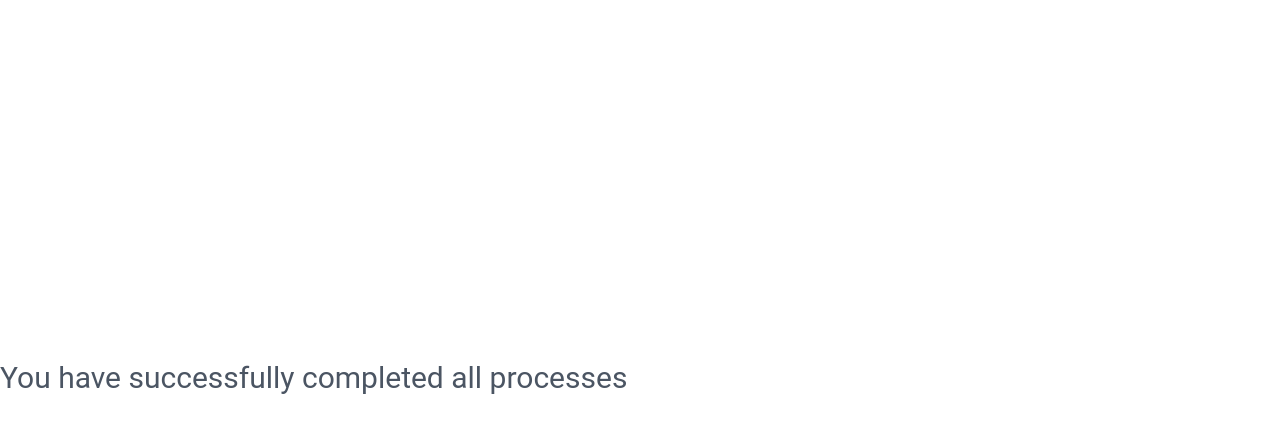
Repository: uh-sman/LottieApp
Page: /Success
These files come from the project's save history. The page is drawn as it stood at one moment and after the next save; the edit follows.
The browser window is 1280 px wide. The pictures show the whole page.
The project was rebuilt for these pictures with package versions that can differ from the ones it lists, and the page was loaded fresh each time. Also part of the build but not shown: src/App.css, src/components/Card.js, src/components/Piggybank.js, src/components/Hero.js, src/components/Maincontainer.js.

Above is the page before, as saved 2022-09-11 18:48:56.

After the next save:
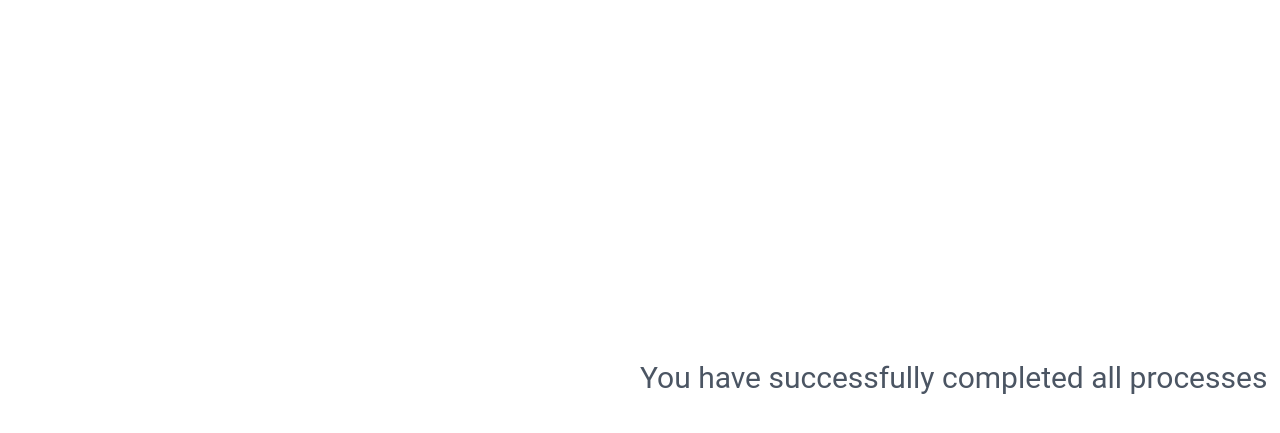
Saved 15 s later.
--- a/src/components/Success.js
+++ b/src/components/Success.js
@@ -4,7 +4,7 @@ export const Success = () => {
   return (
     <div>
       <div>
-        <h1 className="text-gray-600 text-3xl text-center absolute top-[50%]">
+        <h1 className="text-gray-600 text-3xl text-center absolute top-[50%] left-[50%]">
           You have successfully completed all processes
         </h1>
       </div>
